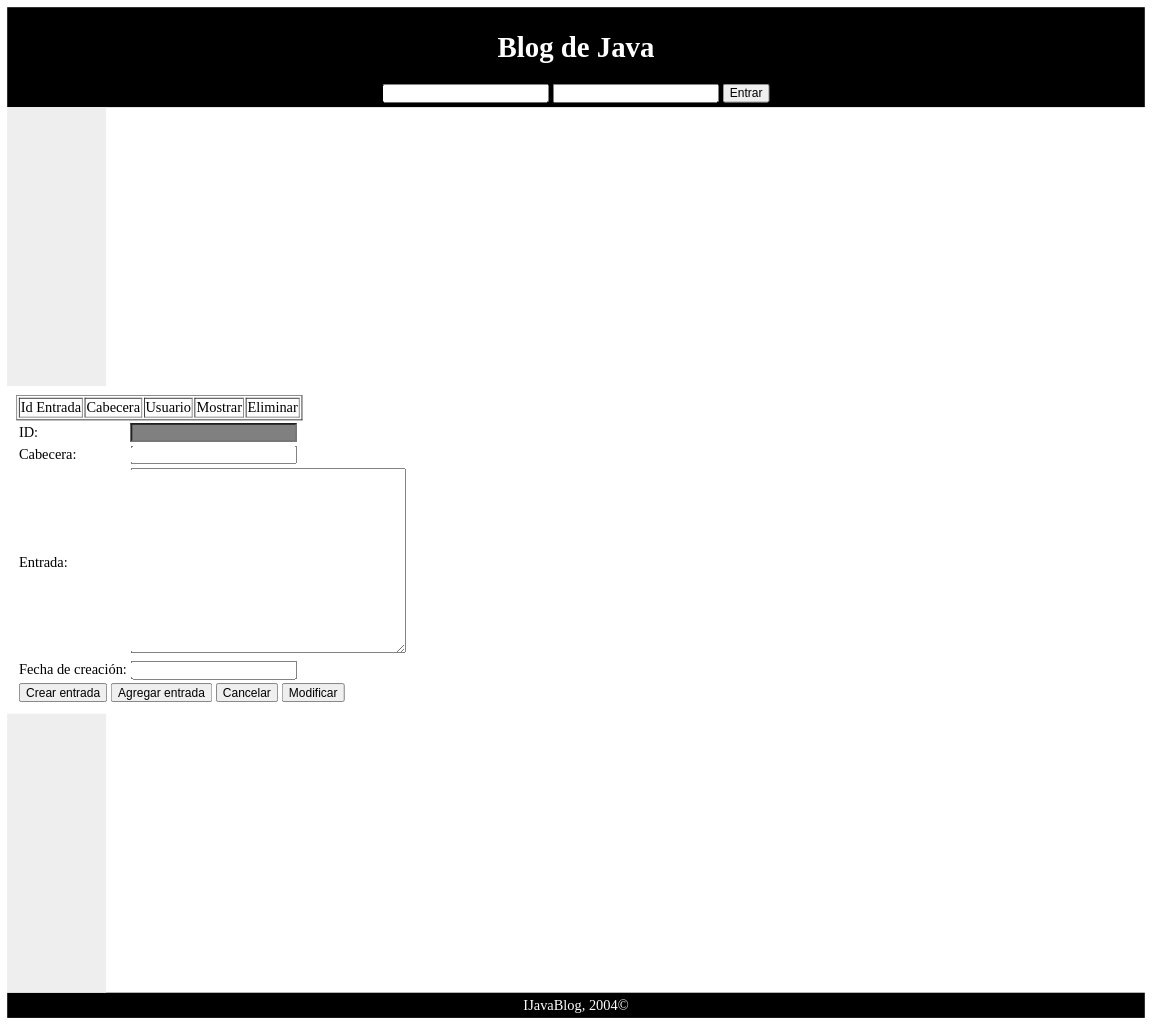
Repository: alruis/IJavaDreamBlog
Page: http://localhost/IJavaBlog/jsp/blog/inicio.jsp
An editor plug-in stored every save of this project. The page is shown before and after the next save, followed by the edit.
The browser window is 1280 px wide. The page is 1292 px wide, then 1280 px, so the pictures cover 1292 px, including what lies to the right of the window. The pictures show the whole page, at 90% of full size.
The page is served by Tomcat 9. Nobody is signed in. The application's start-up code is not run. The template is opened directly, without the code that normally fills it, so the values that code supplies are empty.

Above is the page before, as saved 2014-09-25 08:00:13.
Console error: ReferenceError: init is not defined

After the next save:
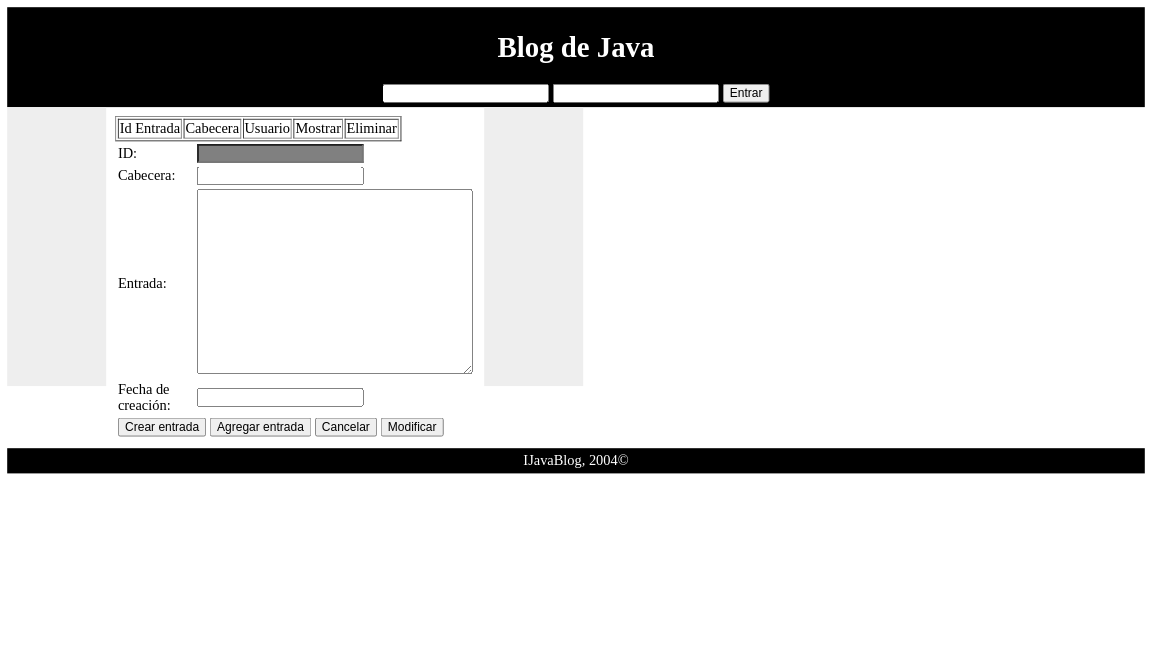
Saved 26 s later.
--- a/IJavaBlog/WebContent/jsp/blog/inicio.jsp
+++ b/IJavaBlog/WebContent/jsp/blog/inicio.jsp
@@ -43,7 +43,7 @@
 
 	}
 	div.entradas{
-	width:100%;
+	width:400px;
     float:left;
     padding:10px;
 
